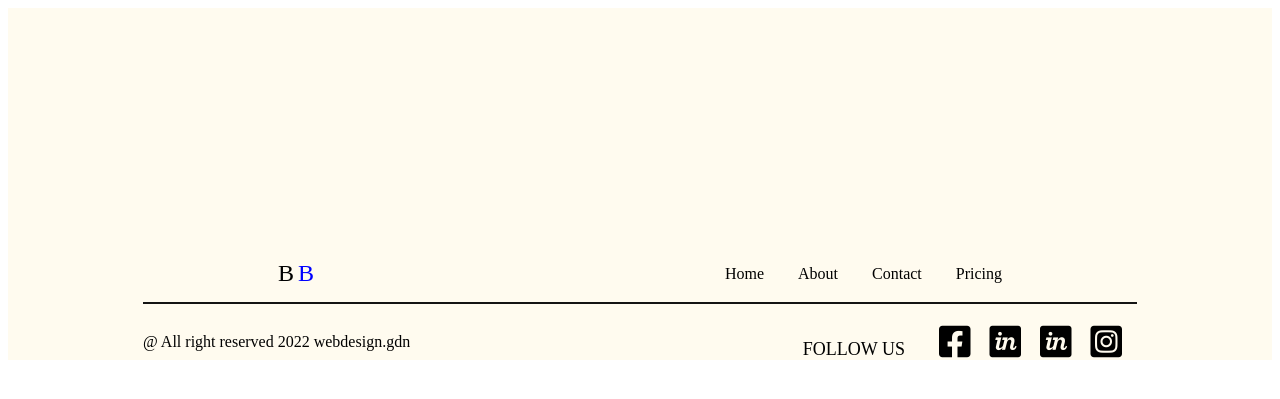
Repository: ngocphuocha/4lifeteam-marketing-agency
Page: index.html
An editor plug-in stored every save of this project. The page is shown before and after the next save, followed by the edit.
The browser window is 1280 px wide. The pictures show the whole page.

Above is the page before, as saved 2023-03-13 17:39:45.

After the next save:
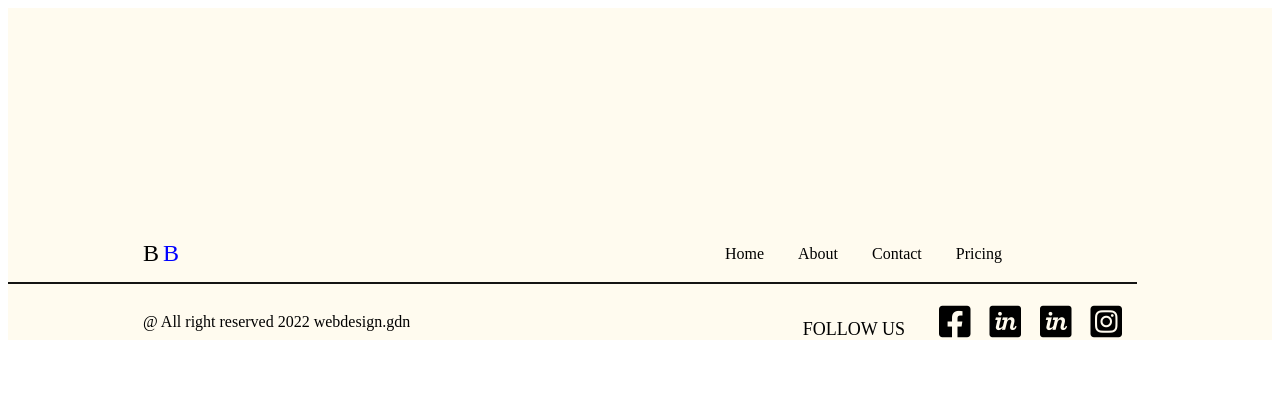
Saved 32 s later.
--- a/css/footer-service.css
+++ b/css/footer-service.css
@@ -10,8 +10,8 @@
     align-items: center;
     padding: 0px 135px 15px;
     border-bottom: 2px solid rgba(5, 5, 5, 0.938);
-    /* margin-bottom: 20px; */
-    margin: 20px 135px;
+    margin-bottom: 20px;
+    margin-right:135px ;
   }
 
   .background-footer .container .footer-left .span-1{
